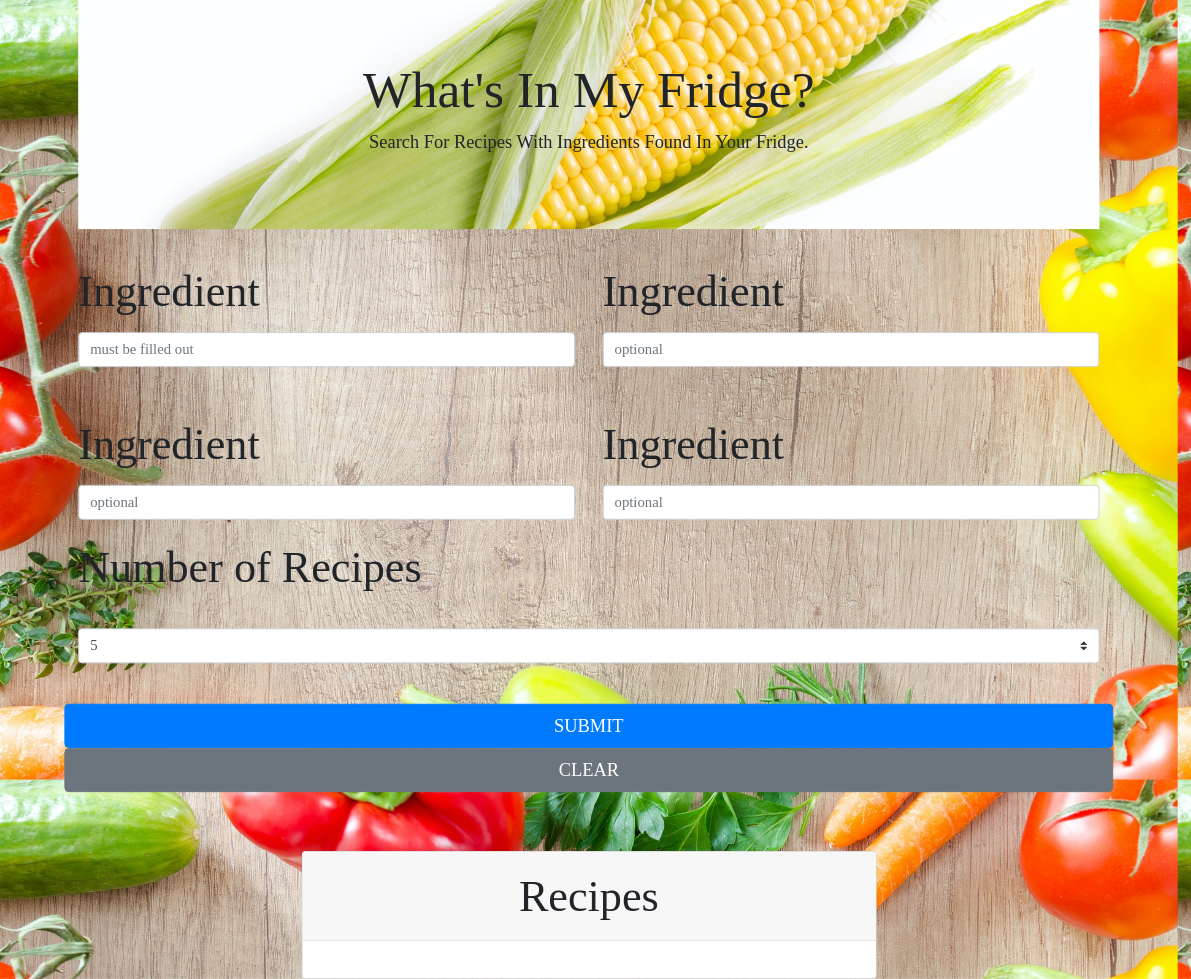
Repository: ogipajic/Recipe_API
Page: index.html
These files come from the project's save history. The page is drawn as it stood at one moment and after the next save; the edit follows.
The browser window is 1280 px wide. The page is 1295 px wide, so the pictures cover 1295 px, including what lies to the right of the window. The pictures show the whole page, at 92% of full size.
The page's requests for data from a server got no answer. Backgrounds fixed to the window are drawn as part of the page. Some web fonts or font styles are not loaded; a fallback is used.

Above is the page before, as saved 2020-07-12 16:41:48.

### index.html
<!DOCTYPE html>
<html lang="en">
<head>
    <meta charset="UTF-8">
    <meta name="viewport" content="width=device-width, initial-scale=1.0">
    <script
  src="https://code.jquery.com/jquery-3.5.1.min.js"
  integrity="sha256-9/aliU8dGd2tb6OSsuzixeV4y/faTqgFtohetphbbj0="
  crossorigin="anonymous"></script>

  <link rel="stylesheet" href="https://stackpath.bootstrapcdn.com/bootstrap/4.5.0/css/bootstrap.min.css" integrity="sha384-9aIt2nRpC12Uk9gS9baDl411NQApFmC26EwAOH8WgZl5MYYxFfc+NcPb1dKGj7Sk" crossorigin="anonymous">
  <link rel="stylesheet" href="stylesheet.css">
  <link href="https://fonts.googleapis.com/css2?family=Annie+Use+Your+Telescope&family=Lemon&display=swap" rel="stylesheet">

  <title>What's In My Fridge?</title>

  <!-- Fixes issue of text extending past card length-->

  <style>
      .card-body a {
          word-break: break-all;
      }

      .recipeHeadLine {
          line-height: 1.5;
      }
  </style>
</head>
<body>
    <div class="container">
        <div class="jumbotron jumbotron-fluid">
            <div class="img"></div>
            <div class="container">
              <h1 class="display-4">What's In My Fridge?</h1>
              <p class="lead">Search For Recipes With Ingredients Found In Your Fridge.</p>
            </div>
          </div>

     <form>
          <div class="row">
              <div class="col-sm-6">
        <div class="form-group">
          <label for="exampleFormControlInput1">Ingredient</label>
          <input type="text" class="form-control" id="exampleFormControlInput1" placeholder="must be filled out">
        </div>
              </div>
              <div class="col-sm-6">
        <div class="form-group">
            <label for="exampleFormControlInput1">Ingredient</label>
            <input type="text" class="form-control" id="exampleFormControlInput1" placeholder="optional">
          </div>
          </div>
        </div>
        <div class="row">
            <div class="col-sm-6">
          <div class="form-group">
            <label for="exampleFormControlInput1">Ingredient</label>
            <input type="text" class="form-control" id="exampleFormControlInput1" placeholder="optional">
          </div>
        </div>
        <div class="col-sm-6">
          <div class="form-group">
            <label for="exampleFormControlInput1">Ingredient</label>
            <input type="text" class="form-control" id="exampleFormControlInput1" placeholder="optional">
          </div>
          </div>
          </div>
        </div>
      </form>


    <div class="container">
        <div class="form-group">
            <label for="pwd">Number of Recipes</label>
            <select id="recipe-count" class="custom-select" aria-labelledby="dropdownMenuButton">
              <option selected value="1">1</option>
              <!-- Setting the option for 5 as default -->
              <option value="5" selected>5</option>
              <option value="10">10</option>
            </select>
          </div>

        <div class="row">
            <!--Using type="submit" allows the user to hit enter as well as click submit-->

            <button type="submit" id="getRecipe" class="btn btn-primary btn-lg btn-block">SUBMIT</button>
            <p id="results"></p>
            <button type="button" id="clearBtn" class="btn btn-secondary btn-lg btn-block">CLEAR</button>
            </div>
        </div>
    </div>

  <div class="row">
    <div class="col-6 recipes-placeholder">
      <section class="row">
        <div class="col-md-12">

          <div class="card">
            <div class="card-header">
              <i class="fa fa-table"></i>Recipes
            </div>

            <article class="card-body" id="recipe-section">
            </article>
          </div>
        </div>
      </section>
    </div>

 <script src="script.js"></script>
 <script src="ncscript.js"></script>
 <script src="https://ajax.googleapis.com/ajax/libs/jquery/3.4.1/jquery.min.js"></script>
 <script src="https://code.jquery.com/jquery-3.5.1.slim.min.js" integrity="sha384-DfXdz2htPH0lsSSs5nCTpuj/zy4C+OGpamoFVy38MVBnE+IbbVYUew+OrCXaRkfj" crossorigin="anonymous"></script>
 <script src="https://cdn.jsdelivr.net/npm/popper.js@1.16.0/dist/umd/popper.min.js" integrity="sha384-Q6E9RHvbIyZFJoft+2mJbHaEWldlvI9IOYy5n3zV9zzTtmI3UksdQRVvoxMfooAo" crossorigin="anonymous"></script>
 <script src="https://stackpath.bootstrapcdn.com/bootstrap/4.5.0/js/bootstrap.min.js" integrity="sha384-OgVRvuATP1z7JjHLkuOU7Xw704+h835Lr+6QL9UvYjZE3Ipu6Tp75j7Bh/kR0JKI" crossorigin="anonymous"></script>
</body>
</html>

### stylesheet.css
/* Body font style and font size */
body {
    font-size: 3rem;
    font-family: 'Annie Use Your Telescope', cursive;
    background-image: url(Assets/carrots-food-fresh-freshness-616404.jpg);
    background-position: center center;
    background-repeat: no-repeat;
    background-attachment: fixed;
    background-size: cover;
}

/* Font and image within jumbotron */
.jumbotron {
    text-align: center;
    font-family: 'Annie Use Your Telescope', cursive;
    background: url(Assets/agriculture-bright-cereal-close-up-547263.jpg);
    background-position: center center;
    background-size: cover;
}

/* Search Results Text */
.panel-heading {
    margin-top: 2rem;
    text-align: center;
}

/* Results Area -XXXX */
.panel-body {
    text-align: center;
}

.panel-title {
    font-size: 45px;
}

.row {
    margin-top: 2rem;
    display: flex;
    justify-content: center;

}

.card-header {
    text-align: center;
}


  @media screen and (max-width: 768px) {
    .container {
      width:100%;
      margin:0;
      border-radius:0;

    }
  }

### ncscript.js
$(document).ready(function() {
    console.log("Lets Eat!");
});


// Search Parameters

var title = null;
var thumbnailURL = null;
var ingredient = null;
var credits = null;
var measurements = null;

//Functions



var settings = {
	"async": true,
	"crossDomain": true,
	"url": "https://tasty.p.rapidapi.com/recipes/list?tags=under_30_minutes&q=kale&from=0&sizes=20",
	"method": "GET",
	"headers": {
		"x-rapidapi-host": "tasty.p.rapidapi.com",
		"x-rapidapi-key": "ac032b7765msh7b7ea8d251892bbp18630ejsnfccfef5696ae"
	}
}

$.ajax(settings).done(function (response) {
	console.log(response);

	document.getElementById
});

Loaded but not shown: script.js (no stored copy; drawn as an empty file)

After the next save:
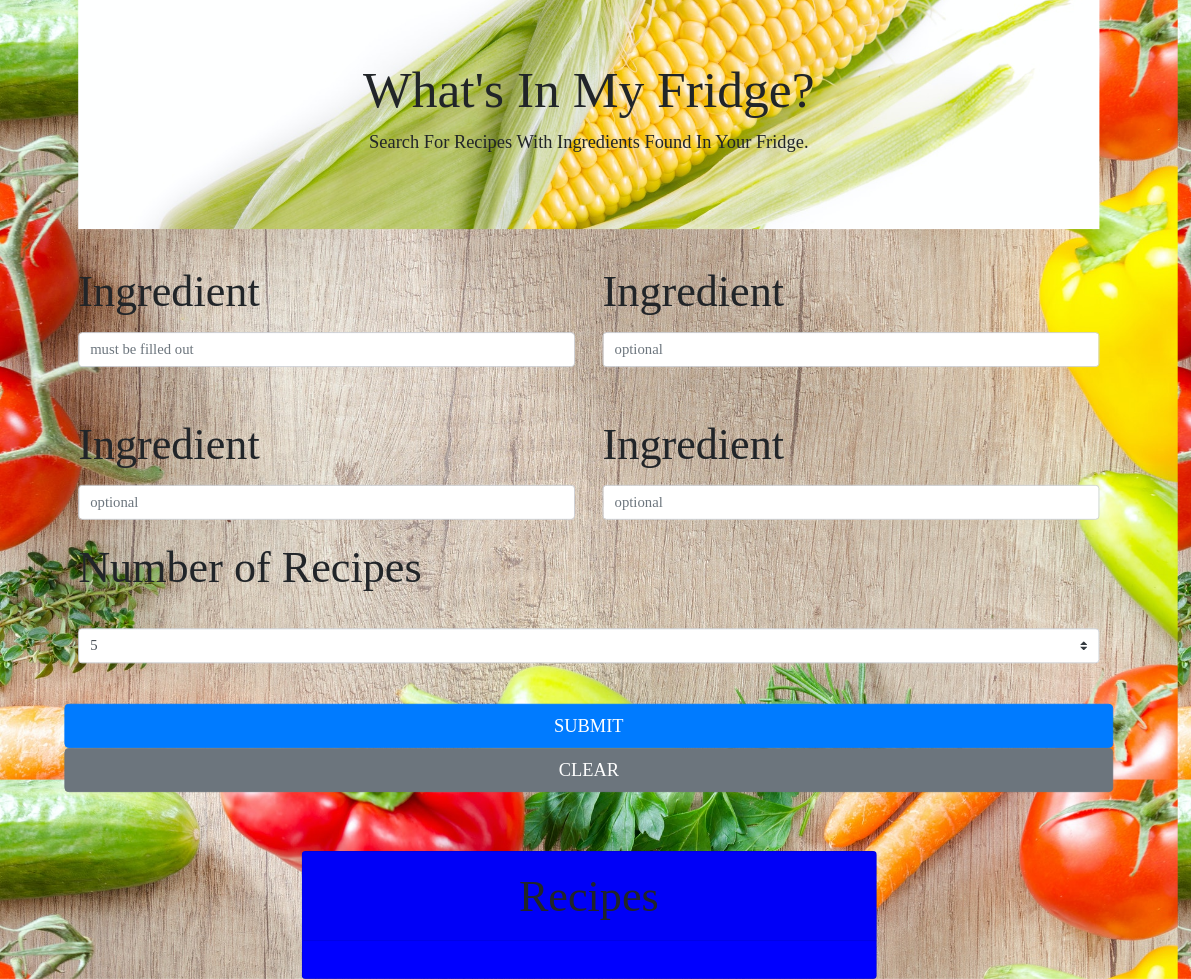
Saved 27 s later.
--- a/stylesheet.css
+++ b/stylesheet.css
@@ -37,7 +37,10 @@
     margin-top: 2rem;
     display: flex;
     justify-content: center;
+}
 
+.card {
+    background-color: blue;
 }
 
 .card-header {

After the save that followed:
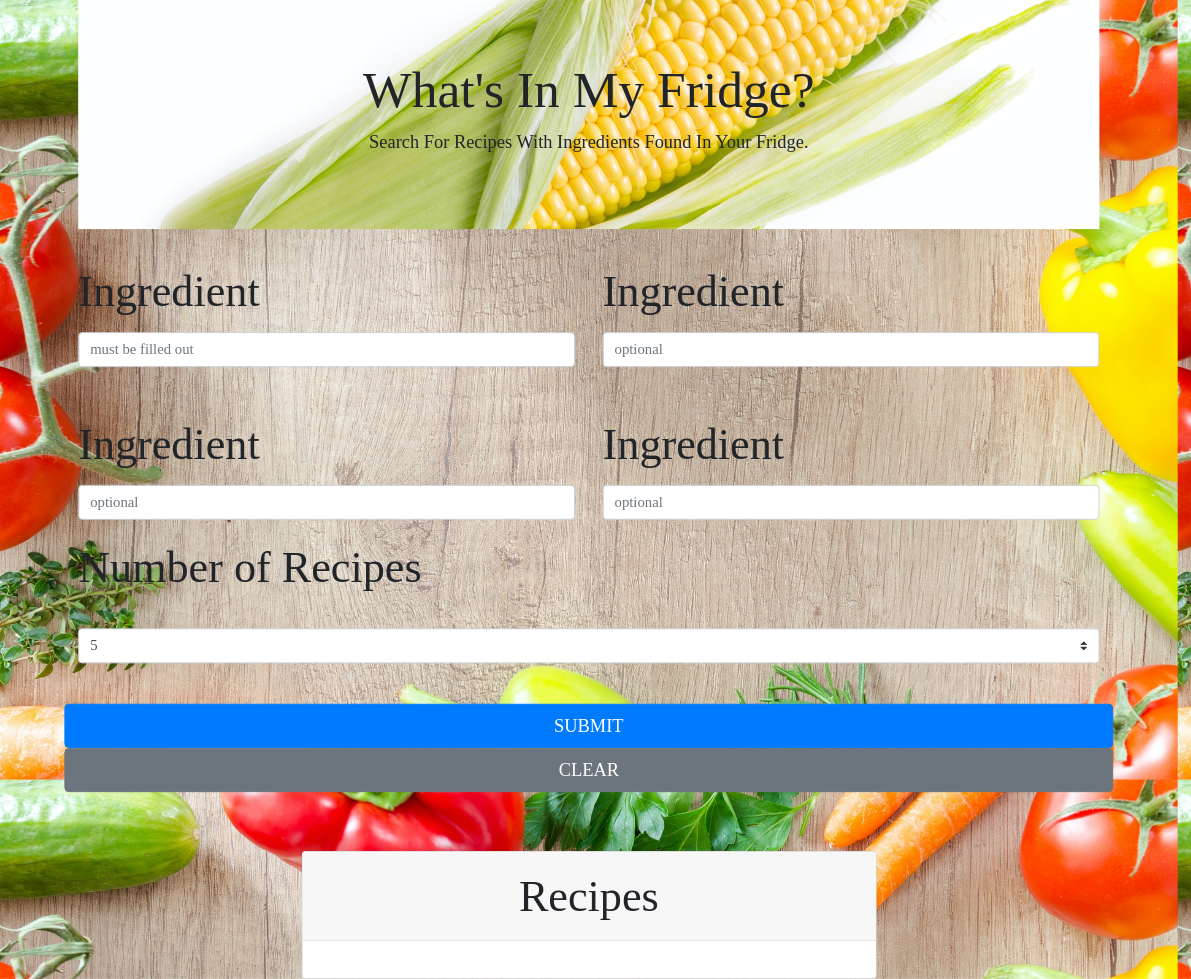
Saved 15 s later.
--- a/stylesheet.css
+++ b/stylesheet.css
@@ -40,7 +40,7 @@
 }
 
 .card {
-    background-color: blue;
+
 }
 
 .card-header {
